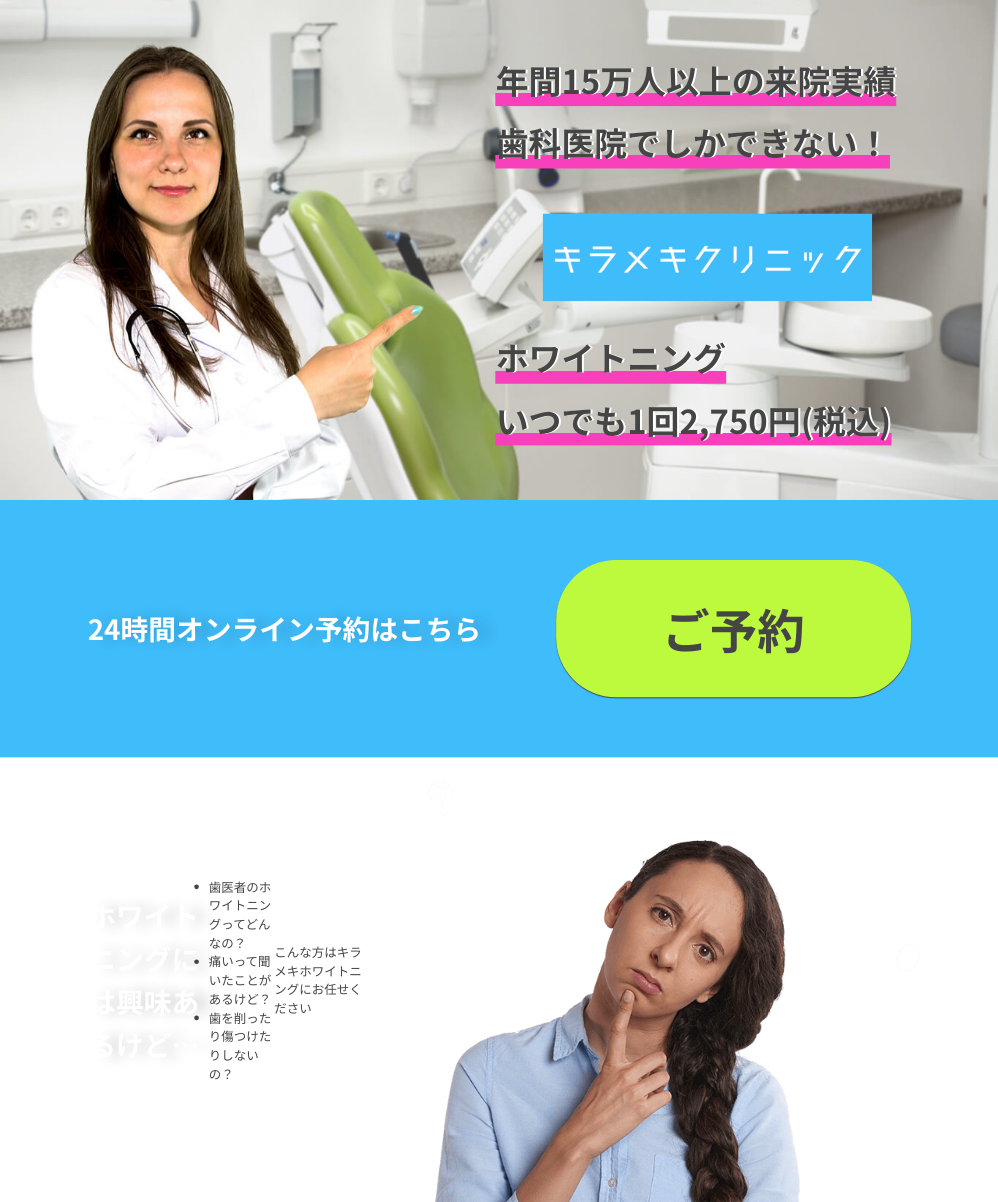
Repository: ryu-nuno/tech_academy_subwork
Page: first/index.html
The author's editor kept a record of every edit. The page is drawn from the files as they stood at one moment, then again after the next edit.
The browser window is 1280 px wide. The pictures show the whole page, at 78% of full size.
Some web libraries are served in a nearby version.

Above is the page before.

After the next edit:
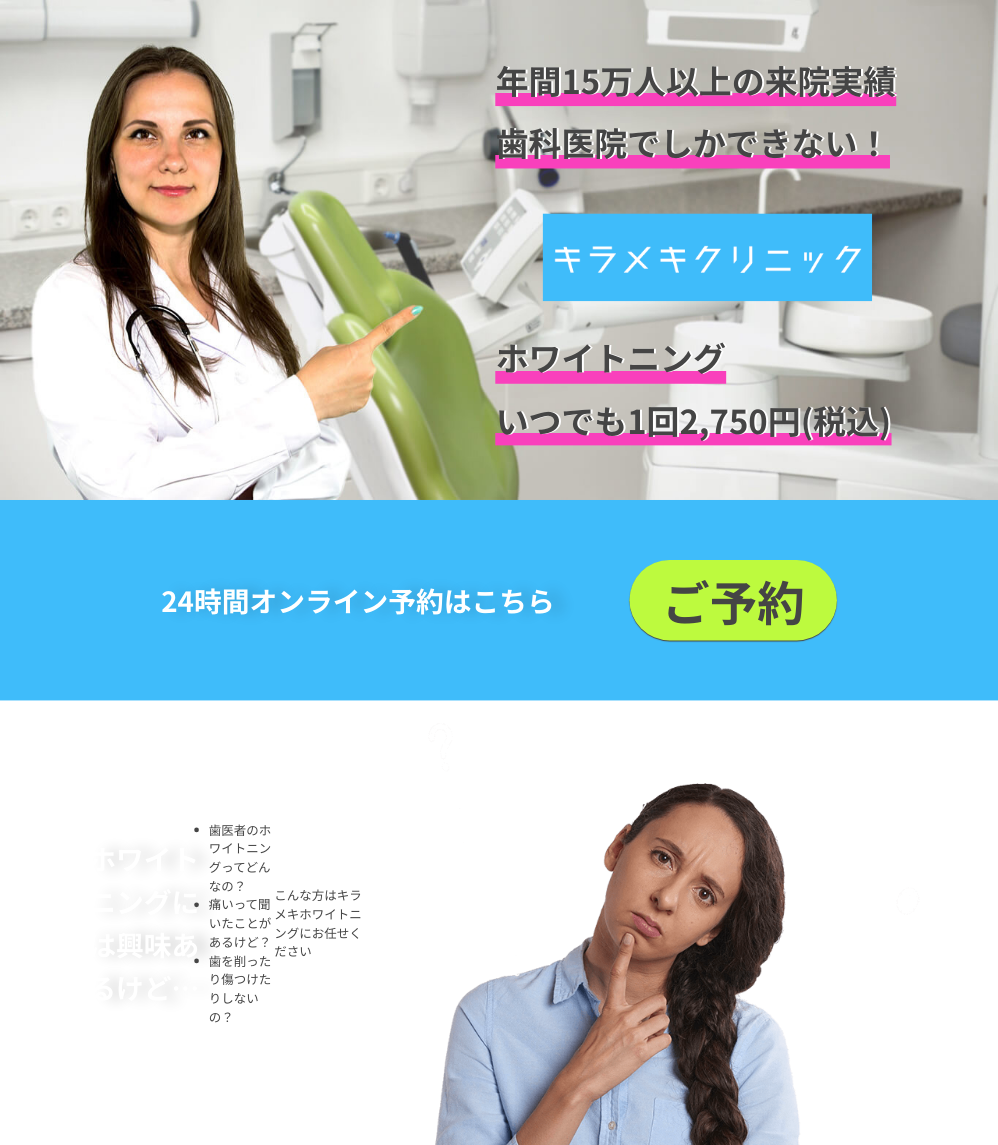
The edit:
--- a/first/css/style.css
+++ b/first/css/style.css
@@ -86,8 +86,8 @@
     justify-content: center;
     align-items: center;
     background-color: #bdfa3e;
-    width: 28.4rem;
-    height: 11rem;
+    width: 20.79vw;
+    height: 8.05vw;
     border-radius: 6vw;
     font-size: 3.8rem;
     font-weight: 900;
